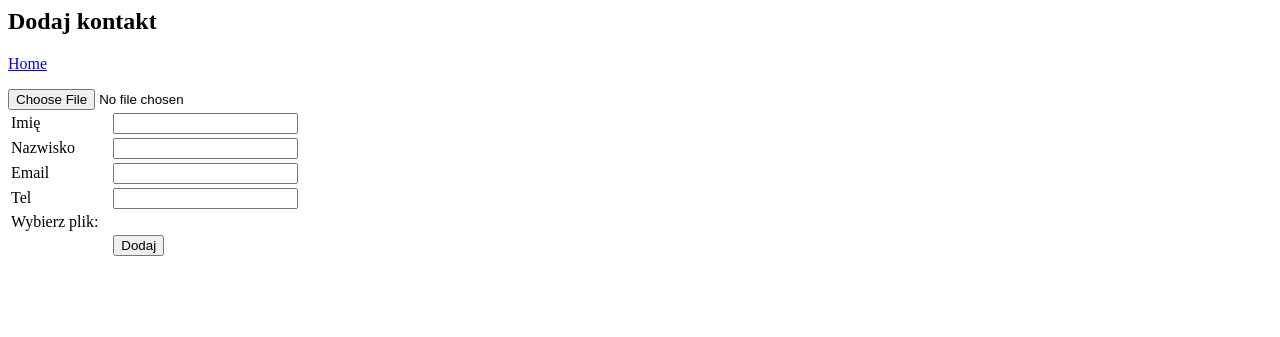
Repository: mkasus/crudCSV
Page: http://localhost/add.php
These files come from the project's save history. The page is drawn as it stood at one moment and after the next save; the edit follows.
The browser window is 1280 px wide. The pictures show the whole page.
The page is run by PHP 8.4 with error messages shown; the project is at /var/www/html/.

Above is the page before, as saved 2024-03-27 18:30:34.

### add.php
<html>
<head>
	<title>Dodaj kontakt</title>
</head>

<body>
	<h2>Dodaj kontakt</h2>
	<p>
		<a href="index.php">Home</a>
	</p>

	<form action="addAction.php" method="post" name="add" enctype="multipart/form-data">
		<table width="25%" border="0">
			<tr>
				<td>Imię</td>
				<td><input type="text" name="name"></td>
			</tr>
			<tr>
				<td>Nazwisko</td>
				<td><input type="text" name="lastName"></td>
			</tr>
			<tr>
				<td>Email</td>
				<td><input type="text" name="email"></td>
			</tr>
			<tr>
				<td>Tel</td>
				<td><input type="text" name="tel"></td>
			</tr>
			<tr>
			<td>
				<label for="myfile"> Wybierz plik:</label></td>
				<input type="file" id="myfile" name="file"></td>
			<td>
			</tr>
			<tr>
				<td></td>
				<td><input type="submit" name="submit" value="Dodaj"></td>
			</tr>
		</table>
	</form>
</body>
</html>

After the next save:
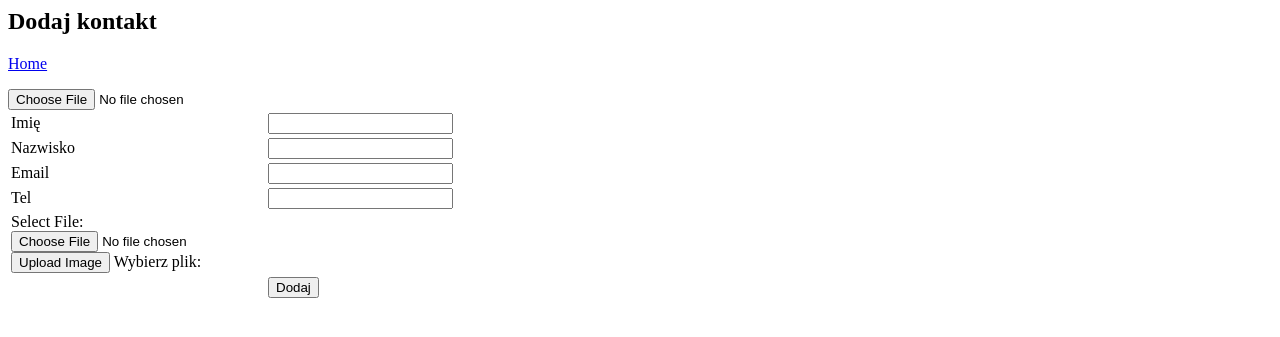
Saved 65 s later.
--- a/add.php
+++ b/add.php
@@ -29,6 +29,11 @@
 			</tr>
 			<tr>
 			<td>
+
+			Select File:
+    <input type="file" name="fileToUpload"/>
+    <input type="submit" value="Upload Image" name="submit"/>
+
 				<label for="myfile"> Wybierz plik:</label></td>
 				<input type="file" id="myfile" name="file"></td>
 			<td>

After the 2 saves that followed:
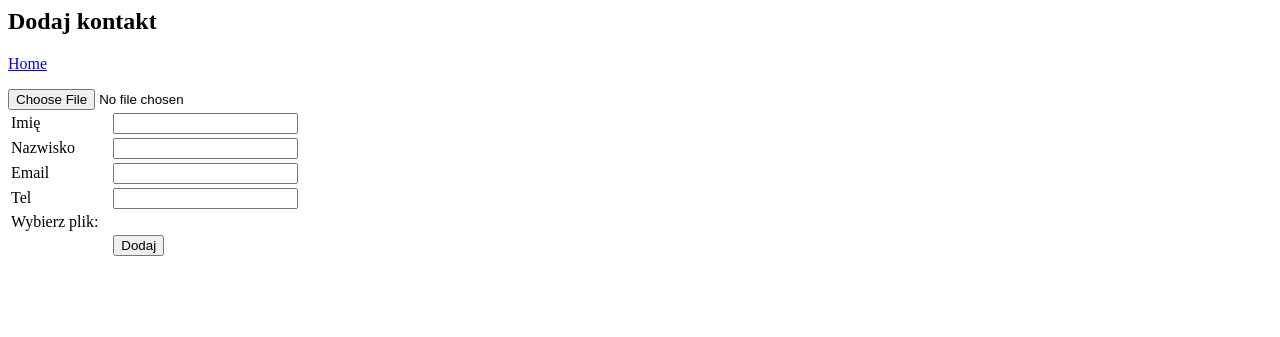
The 2 saves are shown as one change because they came seconds apart.
The last was saved 42 s later.
--- a/add.php
+++ b/add.php
@@ -29,11 +29,6 @@
 			</tr>
 			<tr>
 			<td>
-
-			Select File:
-    <input type="file" name="fileToUpload"/>
-    <input type="submit" value="Upload Image" name="submit"/>
-
 				<label for="myfile"> Wybierz plik:</label></td>
 				<input type="file" id="myfile" name="file"></td>
 			<td>
